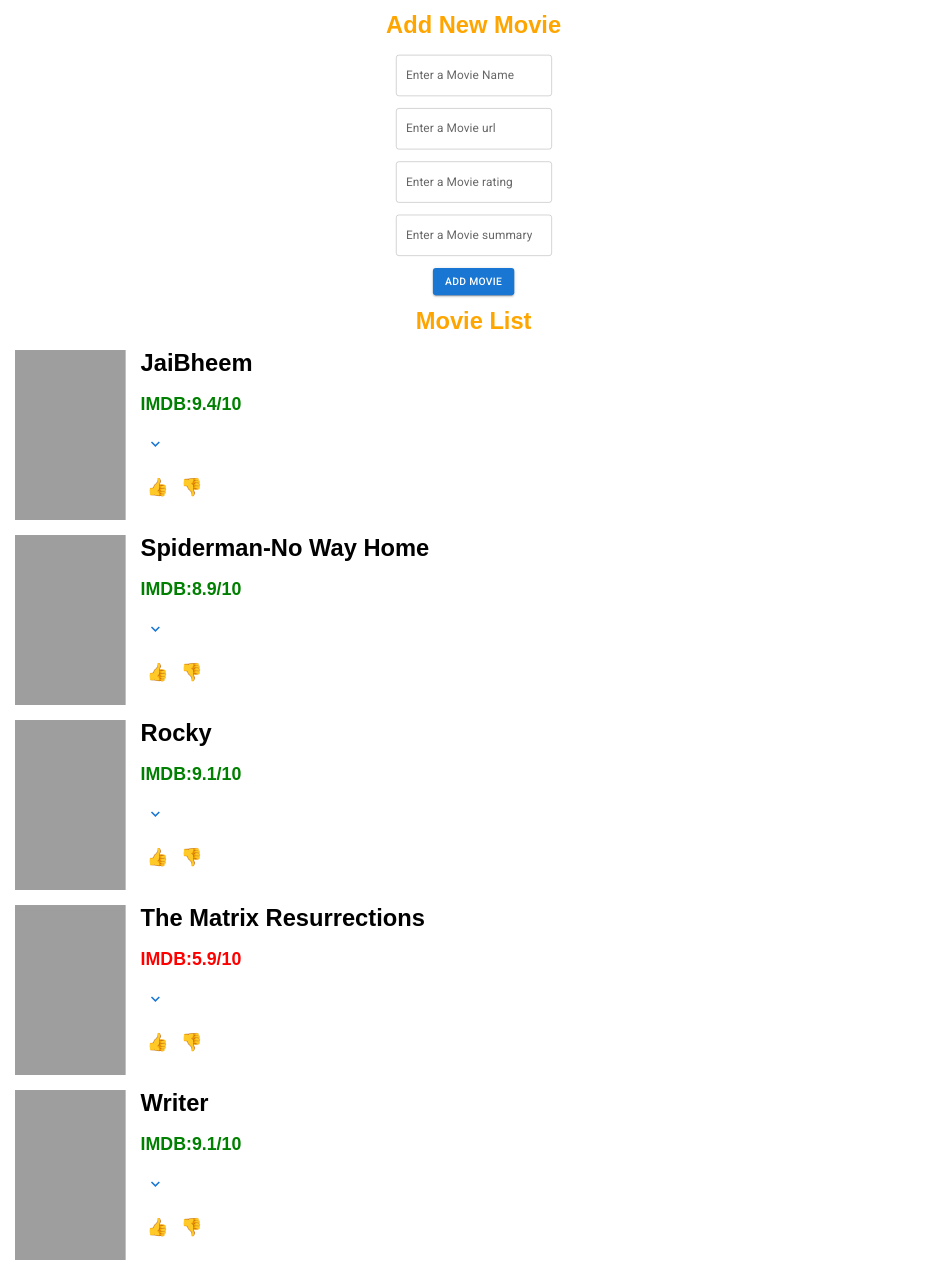
Repository: baladhinesh18/first-app
Page: /AddColor
The author's editor kept a copy of each file at every save. The page is drawn from the files as they stood at one save, then again after the next save.
The browser window is 1280 px wide. The pictures show the whole page, at 74% of full size.
Pictures or frames that could not be fetched are drawn as grey boxes. The project was rebuilt for these pictures with package versions that can differ from the ones it lists, and the page was loaded fresh each time.

Above is the page before, as saved 2022-01-31 18:29:47.

After the next save:
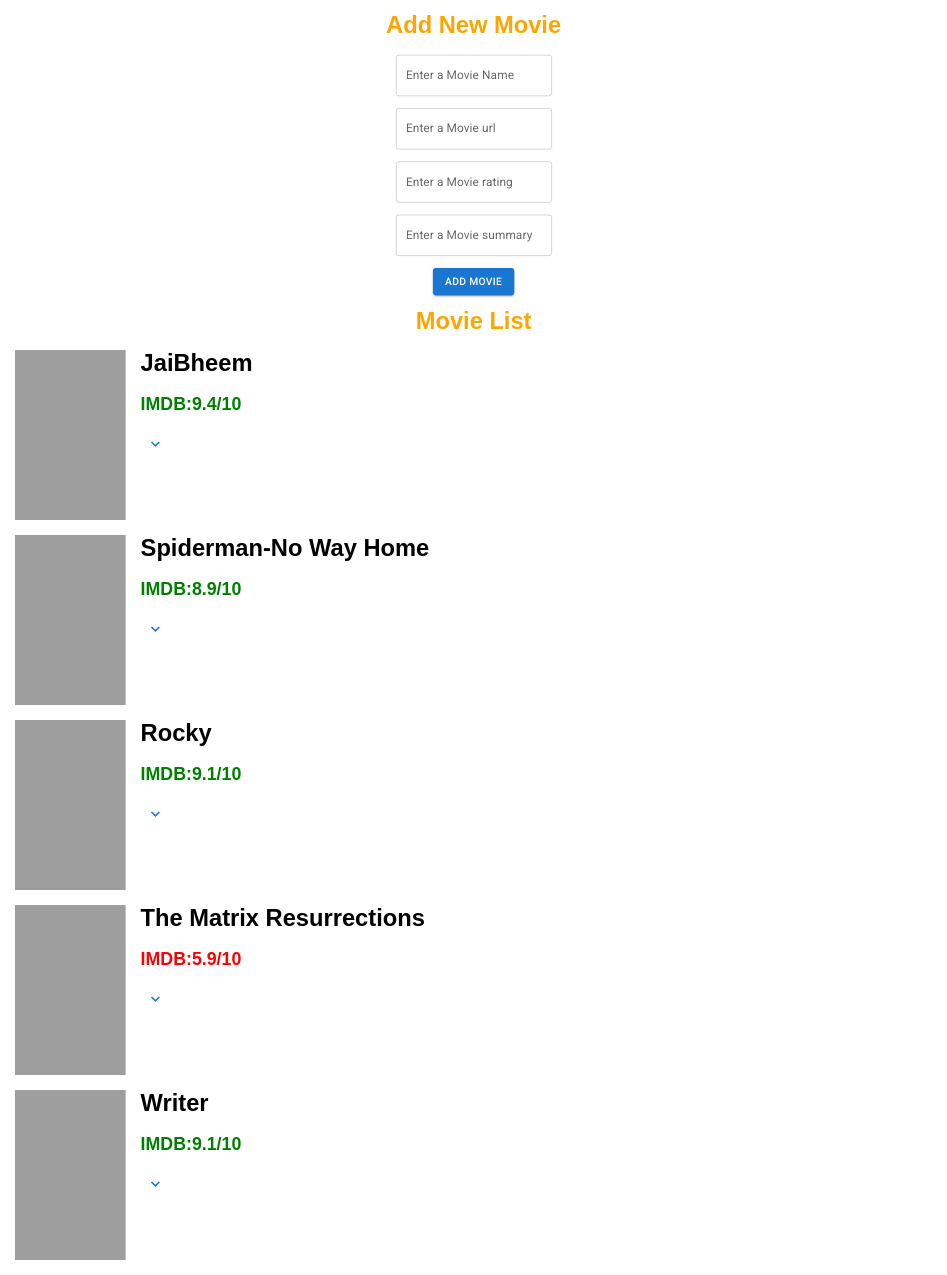
Saved 3 min 59 s later.
--- a/src/App.js
+++ b/src/App.js
@@ -7,7 +7,7 @@
 import { App } from './App.1';
 import { Counter } from './Counter';
 import {
-  BrowserRouter as Router,
+  BrowserRouter as Router,Switch, Route
 } from "react-router-dom";
 
 export function Starting({ nme, ur,rat,des }) {
@@ -27,10 +27,14 @@
       <div>
     <IconButton onClick={()=>setIsHide(!isHide)} color="primary"> {isHide ? <ExpandLessIcon/> : <ExpandMoreIcon/>}</IconButton>
     </div>
-    <Counter/>
+    <Switch>
+       <Route path="/Counter">
+       <Counter/>
+       </Route></Switch>
       </div>
     </div>
     </div>
+
     </Router>
   );
 }
